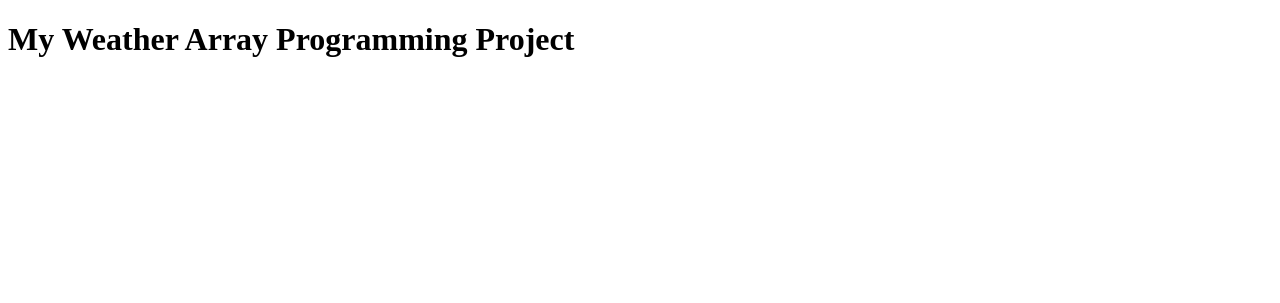
Repository: captainm64/captainm64
Page: projectshow.html
An editor plug-in stored every save of this project. The page is shown before and after the next save, followed by the edit.
The browser window is 1280 px wide. The pictures show the whole page.

Above is the page before, as saved 2026-05-06 09:43:06.

### projectshow.html
<!DOCTYPE html>
<html>
    <head>
        <link rel = "stylesheet" href = "./styles/index.css" />
         <link rel = "stylesheet" href = "./styles/global.css" />
         <title>Project</title>
    </head>
<body>

<h1>My Weather Array Programming Project</h1>

### styles/index.css
img{

   height: 55%;
   width: 45%;
}

.projtxt{

   display: flex;

   flex-direction: column;

}

.projtxt img {

   height: 100%;
   width: 100%

}

#Main{

font-size: 30rem;
font-family: "timesnewromanbold";
color: rgb(0, 0, 0);


}


/*Tablet*/
@media (min-width: 768px) {

    img{

   height: 55%;
   width: 40%;
   }


.projtxt{

      display: flex;
      flex-direction: row;
      font-size: 40%

   }

   .projtxt img {

   width: 50%

  }

}

/* laptop */
@media(min-width: 1025px)
{
     img{

   height: 55%;
   width: 30%;
   }


   .projtxt{

          display: flex;

      flex-direction: row;

      font-size: 40%
   }


   .projtxt img {

   height: 80%

  }



}

### styles/global.css

@font-face {

    font-family: "timesnewroman";
    src: url(/assests/fonts/timesnewroman.ttf);
}

After the next save:
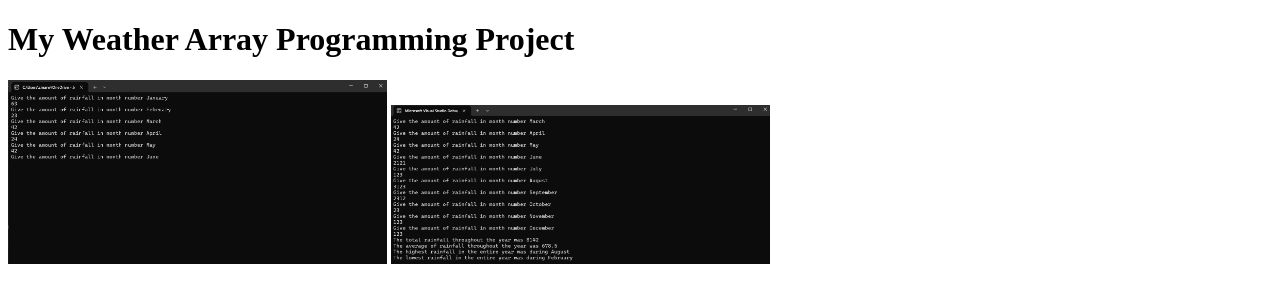
Saved 8 min 32 s later.
--- a/projectshow.html
+++ b/projectshow.html
@@ -8,3 +8,9 @@
 <body>
 
 <h1>My Weather Array Programming Project</h1>
+
+<div class = "demos">
+ <img src="../../assets/images/demo1.png" alt = "Code demonstration: numbers being put in"/>
+
+ <img src="../../assets/images/demo2.png" alt = "Code demonstration: result"/>
+</div>
